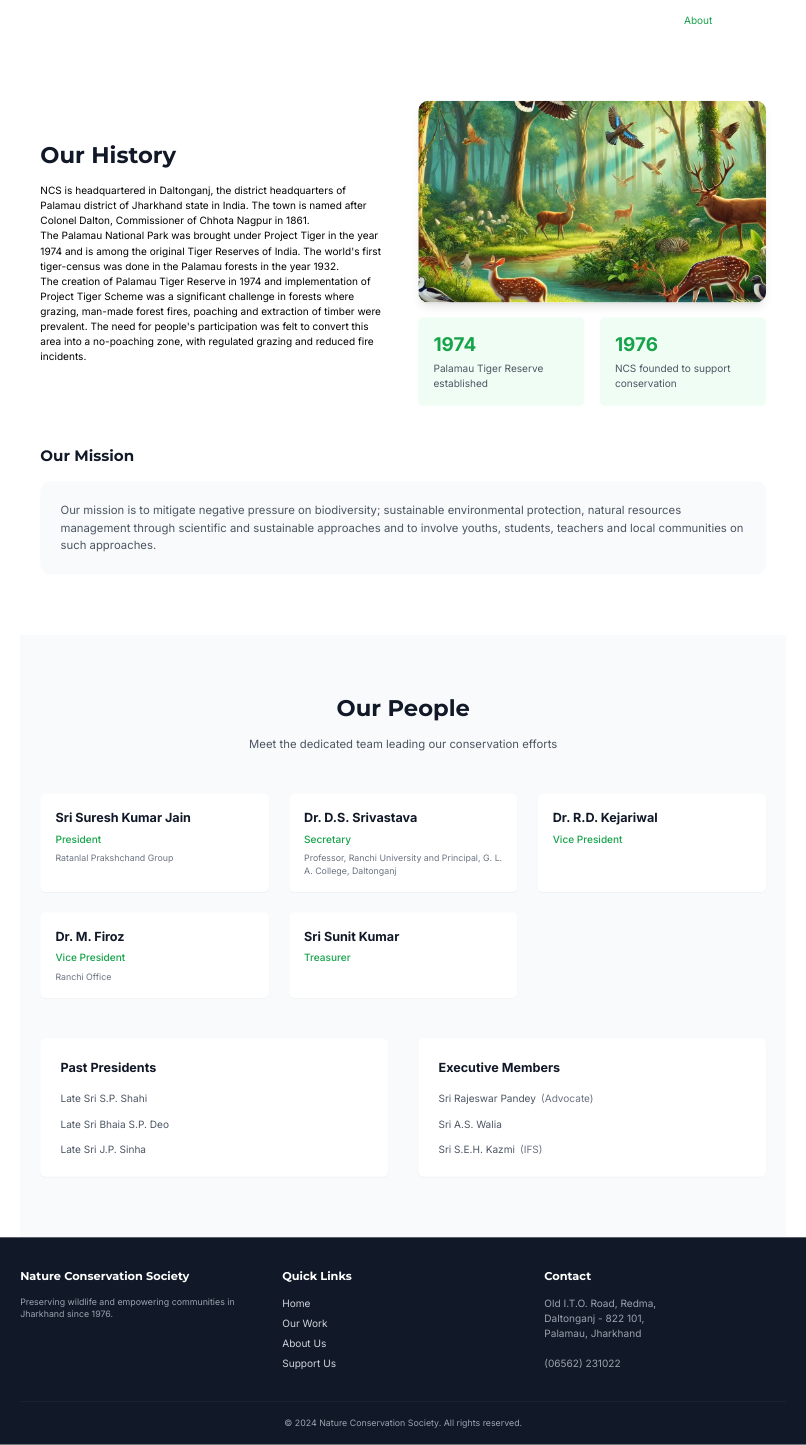
Repository: AgnayS/NCS-Website
Page: /about
These files come from the project's save history. The page is drawn as it stood at one moment and after the next save; the edit follows.
The browser window is 1280 px wide. The pictures show the whole page, at 63% of full size.
The project was rebuilt for these pictures with package versions that can differ from the ones it lists, and the page was loaded fresh each time. The framework's server and built-in components were replaced by stand-ins that run in the browser. Also part of the build but not shown: next.config.js.

Above is the page before, as saved 2024-12-07 10:35:37.

### src/app/layout.tsx
import './globals.css'
import { Inter, Montserrat } from 'next/font/google'
import { Footer } from '@/components/layout/Footer'

const inter = Inter({
  subsets: ['latin'],
  display: 'swap',
  variable: '--font-inter',
})

const montserrat = Montserrat({
  subsets: ['latin'],
  display: 'swap',
  variable: '--font-montserrat',
})

export const metadata = {
  title: 'Nature Conservation Society',
  description: 'Preserving wildlife and empowering communities since 1976',
}

export default function RootLayout({
  children,
}: {
  children: React.ReactNode
}) {
  return (
    <html lang="en" className={`${inter.variable} ${montserrat.variable}`}>
      <body className="bg-white">
        <div className="min-h-screen flex flex-col">
          <main className="flex-grow">
            {children}
          </main>
          <Footer />
        </div>
      </body>
    </html>
  )
}

### src/app/about/page.tsx
import { Header } from '@/components/layout/Header'
import { History } from '@/components/sections/about/History'
import { Team } from '@/components/sections/about/Team'
import { Container } from '@/components/ui/Container'

export const metadata = {
  title: 'About | Nature Conservation Society',
  description: 'Learn about NCS\'s history, mission, and the team behind our conservation efforts.',
}

export default function AboutPage() {
  return (
    <>
      <Header />
      <main className="pt-16">
        <Container>
          <History />
          <Team />
        </Container>
      </main>
    </>
  )
}

### src/app/globals.css
@import 'tailwindcss/base';
@import 'tailwindcss/components';
@import 'tailwindcss/utilities';

@layer base {
  :root {
    --background: 0 0% 100%;
    --foreground: 222.2 84% 4.9%;
  }
}

@layer base {
  html {
    scroll-behavior: smooth;
  }

}

@layer utilities {
  .text-balance {
    text-wrap: balance;
  }
}

### src/components/layout/Footer.tsx
import Link from 'next/link'
import { Container } from '@/components/ui/Container'

export function Footer() {
  return (
    <footer className="bg-gray-900 text-gray-300">
      <Container>
        <div className="py-12">
          <div className="grid grid-cols-1 md:grid-cols-3 gap-8">
            {/* About */}
            <div>
              <h3 className="text-white font-display font-bold text-lg mb-4">
                Nature Conservation Society
              </h3>
              <p className="text-gray-400 text-sm">
                Preserving wildlife and empowering communities in Jharkhand since 1976.
              </p>
            </div>

            {/* Quick Links */}
            <div>
              <h3 className="text-white font-display font-bold text-lg mb-4">
                Quick Links
              </h3>
              <ul className="space-y-2">
                <li>
                  <Link href="/" className="hover:text-white transition-colors">
                    Home
                  </Link>
                </li>
                <li>
                  <Link href="/our-work" className="hover:text-white transition-colors">
                    Our Work
                  </Link>
                </li>
                <li>
                  <Link href="/about" className="hover:text-white transition-colors">
                    About Us
                  </Link>
                </li>
                <li>
                  <Link href="/support-us" className="hover:text-white transition-colors">
                    Support Us
                  </Link>
                </li>
              </ul>
            </div>

            {/* Contact */}
            <div>
              <h3 className="text-white font-display font-bold text-lg mb-4">
                Contact
              </h3>
              <address className="text-gray-400 not-italic">
                Old I.T.O. Road, Redma,<br />
                Daltonganj - 822 101,<br />
                Palamau, Jharkhand<br /><br />
                <a href="tel:+916562231022" className="hover:text-white transition-colors">
                  (06562) 231022
                </a>
              </address>
            </div>
          </div>
        </div>

        {/* Bottom Bar */}
        <div className="border-t border-gray-800 py-6">
          <div className="text-center text-sm text-gray-400">
            © {new Date().getFullYear()} Nature Conservation Society. All rights reserved.
          </div>
        </div>
      </Container>
    </footer>
  )
}

### src/components/layout/Header.tsx
'use client'

import { useState, useEffect } from 'react'
import Link from 'next/link'
import { usePathname } from 'next/navigation'
import { Menu, X } from 'lucide-react'

const navigation = [
  { name: 'Home', href: '/' },
  { name: 'Our Work', href: '/our-work' },
  { name: 'About', href: '/about' },
  { name: 'Support Us', href: '/support-us' },
]

export function Header() {
  const [isScrolled, setIsScrolled] = useState(false)
  const [isMobileMenuOpen, setIsMobileMenuOpen] = useState(false)
  const pathname = usePathname()

  useEffect(() => {
    const handleScroll = () => {
      setIsScrolled(window.scrollY > 10)
    }
    window.addEventListener('scroll', handleScroll)
    return () => window.removeEventListener('scroll', handleScroll)
  }, [])

  return (
    <header
      className={`fixed w-full z-50 transition-all duration-300 ${
        isScrolled ? 'bg-white/90 backdrop-blur-md shadow-sm' : 'bg-transparent'
      }`}
    >
      <nav className="container mx-auto px-4 sm:px-6 lg:px-8">
        <div className="flex items-center justify-between h-16">
          <Link
            href="/"
            className={`font-display font-bold text-2xl transition-colors ${
              isScrolled ? 'text-primary-900' : 'text-white'
            }`}
          >
            NCS
          </Link>

          {/* Desktop navigation */}
          <div className="hidden md:flex md:items-center md:space-x-8">
            {navigation.map((item) => (
              <Link
                key={item.href}
                href={item.href}
                className={`${
                  pathname === item.href
                    ? 'text-primary-600'
                    : isScrolled
                    ? 'text-gray-600 hover:text-primary-600'
                    : 'text-white hover:text-primary-200'
                } transition-colors`}
              >
                {item.name}
              </Link>
            ))}
          </div>

          {/* Mobile menu button */}
          <div className="md:hidden">
            <button
              onClick={() => setIsMobileMenuOpen(!isMobileMenuOpen)}
              className={`p-2 rounded-md ${
                isScrolled ? 'text-gray-600' : 'text-white'
              }`}
            >
              <span className="sr-only">Open menu</span>
              {isMobileMenuOpen ? (
                <X className="h-6 w-6" />
              ) : (
                <Menu className="h-6 w-6" />
              )}
            </button>
          </div>
        </div>

        {/* Mobile menu */}
        {isMobileMenuOpen && (
          <div className="md:hidden">
            <div className="pt-2 pb-3 space-y-1">
              {navigation.map((item) => (
                <Link
                  key={item.href}
                  href={item.href}
                  className={`block px-3 py-2 rounded-md text-base font-medium ${
                    pathname === item.href
                      ? 'bg-primary-50 text-primary-600'
                      : 'text-gray-600 hover:bg-primary-50 hover:text-primary-600'
                  }`}
                  onClick={() => setIsMobileMenuOpen(false)}
                >
                  {item.name}
                </Link>
              ))}
            </div>
          </div>
        )}
      </nav>
    </header>
  )
}

### src/components/sections/about/History.tsx
'use client'

import { useState, useEffect } from 'react'
import Image from 'next/image'
import { Container } from '../../ui/Container'

export function History() {
  const [isVisible, setIsVisible] = useState(false)

  useEffect(() => {
    setIsVisible(true)
  }, [])

  return (
    <section className="py-24">
      <Container>
        <div className={`grid grid-cols-1 lg:grid-cols-2 gap-12 items-center transition-all duration-1000 ease-out ${
          isVisible ? 'opacity-100 translate-y-0' : 'opacity-0 translate-y-4'
        }`}>
          <div>
            <h1 className="text-4xl font-display font-bold text-gray-900 mb-6">
              Our History
            </h1>
            <div className="prose prose-lg">
              <p>
                NCS is headquartered in Daltonganj, the district headquarters of Palamau
                district of Jharkhand state in India. The town is named after Colonel
                Dalton, Commissioner of Chhota Nagpur in 1861.
              </p>
              <p>
                The Palamau National Park was brought under Project Tiger in the year
                1974 and is among the original Tiger Reserves of India. The world's
                first tiger-census was done in the Palamau forests in the year 1932.
              </p>
              <p>
                The creation of Palamau Tiger Reserve in 1974 and implementation of
                Project Tiger Scheme was a significant challenge in forests where
                grazing, man-made forest fires, poaching and extraction of timber were
                prevalent. The need for people's participation was felt to convert this
                area into a no-poaching zone, with regulated grazing and reduced fire
                incidents.
              </p>
            </div>
          </div>

          <div className="space-y-6">
            <div className="relative h-80 rounded-2xl overflow-hidden shadow-lg">
              <Image
                src="/images/conservation/biodiversity.webp"
                alt="Palamau National Park"
                fill
                className="object-cover"
                sizes="(min-width: 1024px) 50vw, 100vw"
              />
            </div>

            <div className="grid grid-cols-2 gap-6">
              <div className={`bg-primary-50 rounded-lg p-6 transition-all duration-700 ease-out ${
                isVisible ? 'opacity-100 translate-y-0' : 'opacity-0 translate-y-4'
              }`} style={{ transitionDelay: '200ms' }}>
                <div className="text-3xl font-bold text-primary-600 mb-2">1974</div>
                <div className="text-gray-600">Palamau Tiger Reserve established</div>
              </div>
              <div className={`bg-primary-50 rounded-lg p-6 transition-all duration-700 ease-out ${
                isVisible ? 'opacity-100 translate-y-0' : 'opacity-0 translate-y-4'
              }`} style={{ transitionDelay: '300ms' }}>
                <div className="text-3xl font-bold text-primary-600 mb-2">1976</div>
                <div className="text-gray-600">NCS founded to support conservation</div>
              </div>
            </div>
          </div>
        </div>

        <div className={`mt-16 transition-all duration-1000 ease-out ${
          isVisible ? 'opacity-100 translate-y-0' : 'opacity-0 translate-y-4'
        }`} style={{ transitionDelay: '400ms' }}>
          <h2 className="text-2xl font-display font-bold text-gray-900 mb-6">
            Our Mission
          </h2>
          <div className="bg-gray-50 rounded-2xl p-8">
            <p className="text-lg text-gray-600">
              Our mission is to mitigate negative pressure on biodiversity; sustainable
              environmental protection, natural resources management through scientific
              and sustainable approaches and to involve youths, students, teachers and
              local communities on such approaches.
            </p>
          </div>
        </div>
      </Container>
    </section>
  )
}

### src/components/sections/about/Team.tsx
'use client'

import { useState, useEffect } from 'react'
import { Container } from '../../ui/Container'

const leadership = {
  current: [
    {
      name: 'Sri Suresh Kumar Jain',
      role: 'President',
      org: 'Ratanlal Prakshchand Group'
    },
    {
      name: 'Dr. D.S. Srivastava',
      role: 'Secretary',
      org: 'Professor, Ranchi University and Principal, G. L. A. College, Daltonganj'
    },
    {
      name: 'Dr. R.D. Kejariwal',
      role: 'Vice President'
    },
    {
      name: 'Dr. M. Firoz',
      role: 'Vice President',
      org: 'Ranchi Office'
    },
    {
      name: 'Sri Sunit Kumar',
      role: 'Treasurer'
    }
  ],
  pastPresidents: [
    'Late Sri S.P. Shahi',
    'Late Sri Bhaia S.P. Deo',
    'Late Sri J.P. Sinha'
  ],
  executiveMembers: [
    {
      name: 'Sri Rajeswar Pandey',
      role: 'Advocate'
    },
    {
      name: 'Sri A.S. Walia',
    },
    {
      name: 'Sri S.E.H. Kazmi',
      role: 'IFS'
    }
  ]
}

export function Team() {
  const [isVisible, setIsVisible] = useState(false)

  useEffect(() => {
    setIsVisible(true)
  }, [])

  return (
    <section className="py-24 bg-gray-50">
      <Container>
        <div className="text-center mb-16">
          <h2 className={`text-3xl sm:text-4xl font-display font-bold text-gray-900 mb-6 transition-all duration-700 ${
            isVisible ? 'opacity-100 translate-y-0' : 'opacity-0 translate-y-4'
          }`}>
            Our People
          </h2>
          <p className={`text-lg text-gray-600 max-w-3xl mx-auto transition-all duration-700 ${
            isVisible ? 'opacity-100 translate-y-0' : 'opacity-0 translate-y-4'
          }`} style={{ transitionDelay: '100ms' }}>
            Meet the dedicated team leading our conservation efforts
          </p>
        </div>

        <div className="grid grid-cols-1 md:grid-cols-2 lg:grid-cols-3 gap-8">
          {leadership.current.map((member, index) => (
            <div
              key={member.name}
              className={`bg-white rounded-lg shadow-sm p-6 transition-all duration-500 ${
                isVisible ? 'opacity-100 translate-y-0' : 'opacity-0 translate-y-4'
              }`}
              style={{ transitionDelay: `${index * 100}ms` }}
            >
              <h3 className="text-xl font-bold text-gray-900 mb-2">{member.name}</h3>
              <div className="text-primary-600 font-medium mb-2">{member.role}</div>
              {member.org && (
                <div className="text-sm text-gray-500">{member.org}</div>
              )}
            </div>
          ))}
        </div>

        <div className="mt-16 grid grid-cols-1 md:grid-cols-2 gap-12">
          <div className={`bg-white rounded-lg shadow-sm p-8 transition-all duration-700 ${
            isVisible ? 'opacity-100 translate-y-0' : 'opacity-0 translate-y-4'
          }`} style={{ transitionDelay: '600ms' }}>
            <h3 className="text-xl font-bold text-gray-900 mb-6">Past Presidents</h3>
            <ul className="space-y-4">
              {leadership.pastPresidents.map((president) => (
                <li key={president} className="text-gray-600">{president}</li>
              ))}
            </ul>
          </div>

          <div className={`bg-white rounded-lg shadow-sm p-8 transition-all duration-700 ${
            isVisible ? 'opacity-100 translate-y-0' : 'opacity-0 translate-y-4'
          }`} style={{ transitionDelay: '700ms' }}>
            <h3 className="text-xl font-bold text-gray-900 mb-6">Executive Members</h3>
            <ul className="space-y-4">
              {leadership.executiveMembers.map((member) => (
                <li key={member.name} className="text-gray-600">
                  {member.name}
                  {member.role && (
                    <span className="text-gray-500 ml-2">({member.role})</span>
                  )}
                </li>
              ))}
            </ul>
          </div>
        </div>
      </Container>
    </section>
  )
}

### src/components/ui/Container.tsx
interface ContainerProps extends React.HTMLAttributes<HTMLDivElement> {
  children: React.ReactNode
}

export function Container({ children, className = '', ...props }: ContainerProps) {
  return (
    <div
      className={`container mx-auto px-4 sm:px-6 lg:px-8 ${className}`}
      {...props}
    >
      {children}
    </div>
  )
}

### tailwind.config.js
/** @type {import('tailwindcss').Config} */
module.exports = {
  content: [
    './src/**/*.{js,ts,jsx,tsx,mdx}',
  ],
  theme: {
    extend: {
      colors: {
        primary: {
          50: '#f0fdf4',
          100: '#dcfce7',
          200: '#bbf7d0',
          300: '#86efac',
          400: '#4ade80',
          500: '#22c55e',
          600: '#16a34a',
          700: '#15803d',
          800: '#166534',
          900: '#14532d',
        }
      },
      fontFamily: {
        sans: ['var(--font-inter)'],
        display: ['var(--font-montserrat)'],
      },
    },
  },
  plugins: [],
}

After the next save:
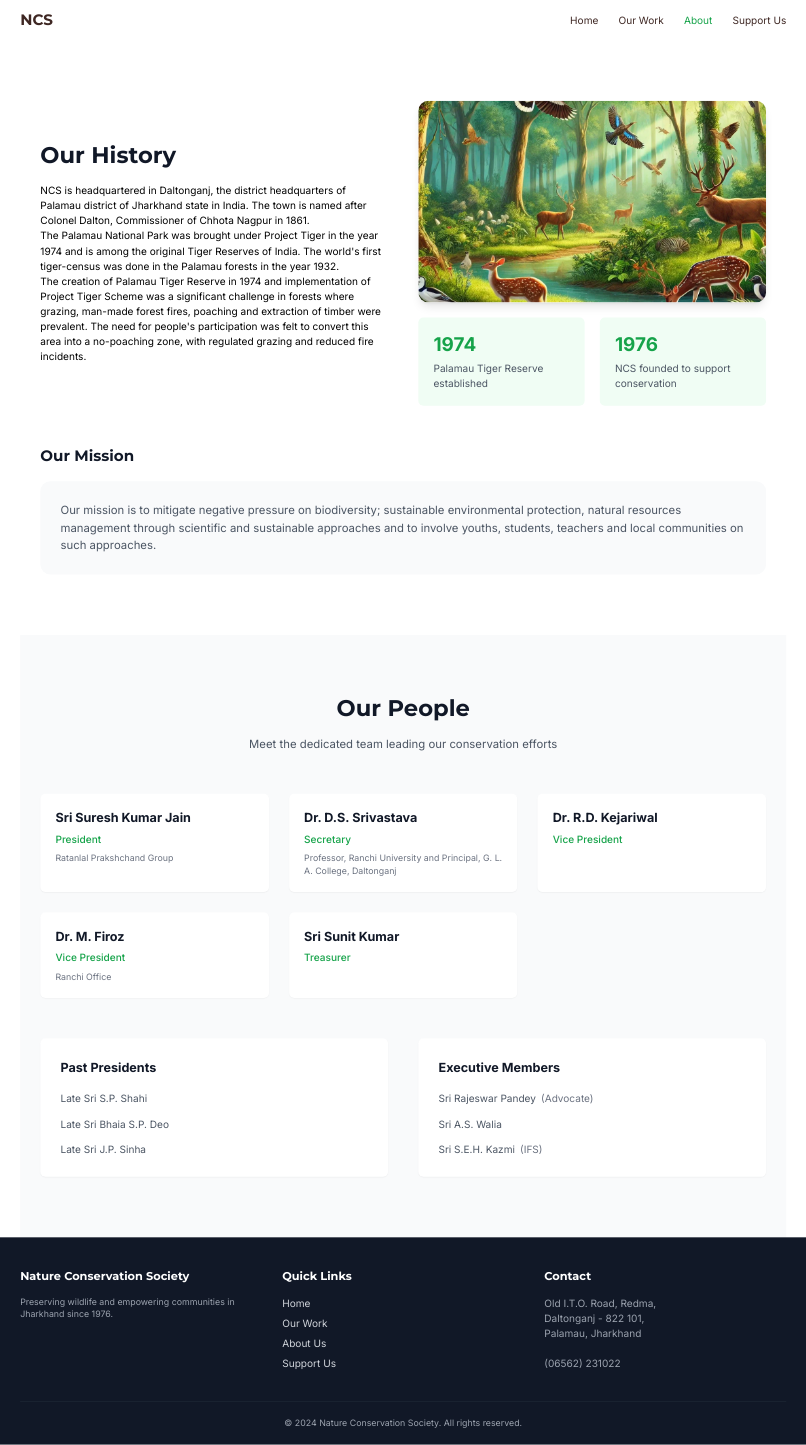
Saved 114 s later.
--- a/src/components/layout/Header.tsx
+++ b/src/components/layout/Header.tsx
@@ -16,6 +16,9 @@ export function Header() {
   const [isScrolled, setIsScrolled] = useState(false)
   const [isMobileMenuOpen, setIsMobileMenuOpen] = useState(false)
   const pathname = usePathname()
+
+  // Check if we're on a page without a dark hero section
+  const isLightPage = pathname === '/about'
 
   useEffect(() => {
     const handleScroll = () => {
@@ -36,7 +39,11 @@ export function Header() {
           <Link
             href="/"
             className={`font-display font-bold text-2xl transition-colors ${
-              isScrolled ? 'text-primary-900' : 'text-white'
+              isScrolled
+                ? 'text-primary-900'
+                : isLightPage
+                  ? 'text-[#3E2723]' // Chocolate brown color
+                  : 'text-white'
             }`}
           >
             NCS
@@ -52,8 +59,10 @@ export function Header() {
                   pathname === item.href
                     ? 'text-primary-600'
                     : isScrolled
-                    ? 'text-gray-600 hover:text-primary-600'
-                    : 'text-white hover:text-primary-200'
+                      ? 'text-gray-600 hover:text-primary-600'
+                      : isLightPage
+                        ? 'text-[#3E2723] hover:text-primary-600' // Chocolate brown color
+                        : 'text-white hover:text-primary-200'
                 } transition-colors`}
               >
                 {item.name}
@@ -66,7 +75,9 @@ export function Header() {
             <button
               onClick={() => setIsMobileMenuOpen(!isMobileMenuOpen)}
               className={`p-2 rounded-md ${
-                isScrolled ? 'text-gray-600' : 'text-white'
+                isScrolled || isLightPage
+                  ? 'text-[#3E2723]' // Chocolate brown color
+                  : 'text-white'
               }`}
             >
               <span className="sr-only">Open menu</span>
